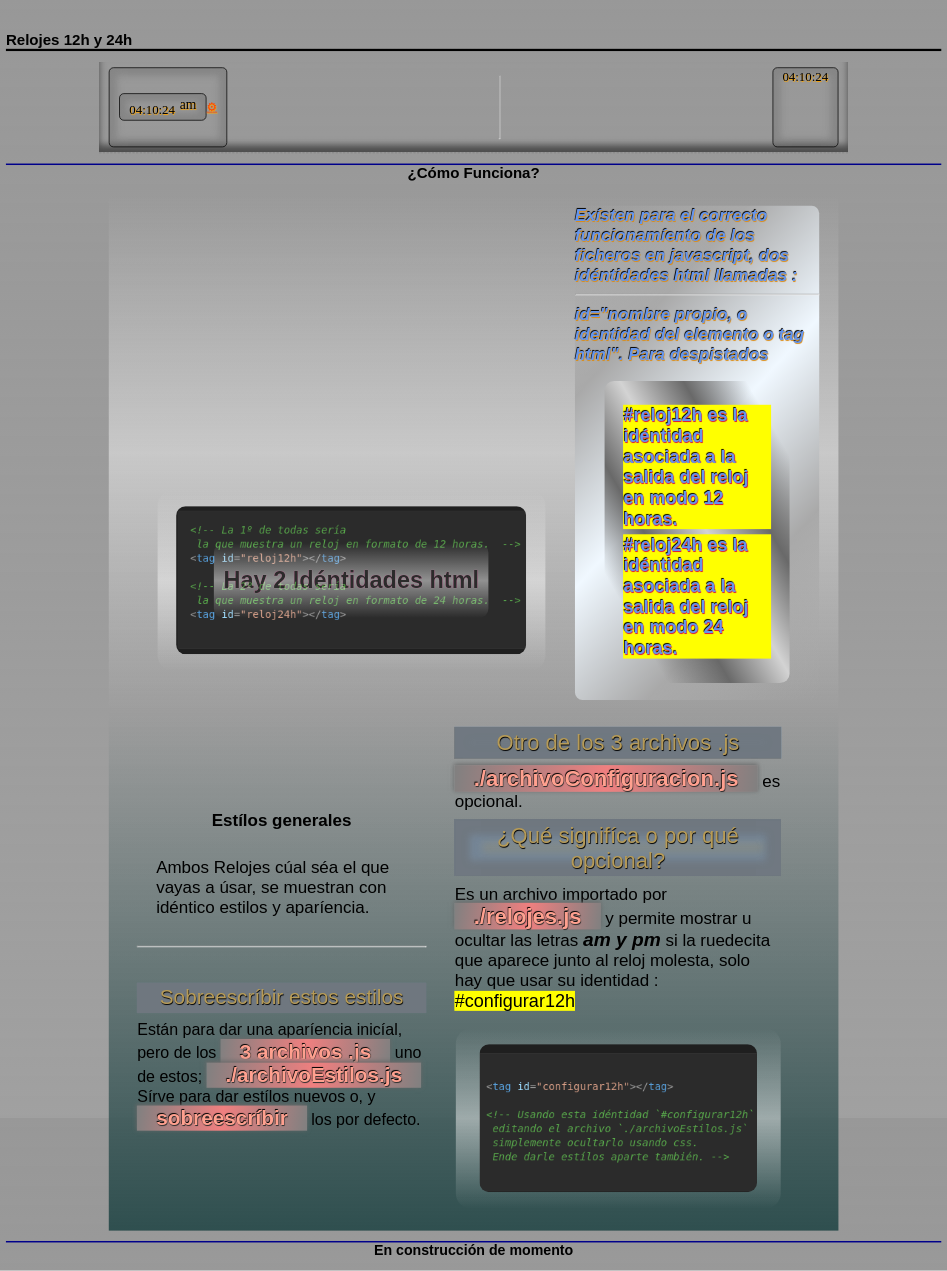
Repository: marcostonfor/clocks
Page: index.html
These files come from the project's save history. The page is drawn as it stood at one moment and after a run of saves; the edit follows.
The browser window is 1280 px wide. The pictures show the whole page, at 74% of full size.
Some web fonts or font styles are not loaded; a fallback is used.

Above is the page before, as saved 2024-09-19 04:29:33.

### index.html
<!DOCTYPE html>
<html lang="ca-ES, en-US">

<head>
    <meta charset="utf-8">
    <meta name="viewport" content="width=device-width, initial-scale=1">
    <title>relojes</title>
    <style>
        @import url('https://fonts.cdnfonts.com/css/nahista');
        @import url('https://fonts.cdnfonts.com/css/i-ichimaru');
        * {
            box-sizing: border-box;
            font-size: calc(1em * 1.062);
        }

        :root {
           --font-size-standard: calc(1em * 1.30);
        }

        body {
            background-image: repeating-linear-gradient(0deg, hsla(0, 0%, 41%, 0.63) 12%, hsla(0, 0%, 0%, 0.404));
            /* font-family: 'i Ichimaru', sans-serif; */
            font-family: 'Nahista', sans-serif;
        }

        h1 {
            margin-top: 6vh;
            border-bottom: 0.3vw solid black;
        }

        #dosRelojes {
            width: 80%;
            height: auto;
            margin: 2vh auto;
            padding: 1vh 1vw;
            display: flex;
            border-bottom: 0.1vw dashed gray;
            /* box-shadow: inset -0.2vh 0 06px hsl(41, 100%, 50%); */
            box-shadow: inset 0 -10px 10px rgba(0, 0, 0, 0.5);
        }

        summary::marker {
            content: none !important;
        }

        summary {
            cursor: pointer !important;
            color: orangered;
            text-decoration: underline;
            margin: 0.5vh auto;
            font-size: 12pt;
        }

        #caja12h {
            display: flex;
            align-items: center;
            justify-content: stretch;
        }

        .dividerY {
            height: 12vh !important;
        }

        #reloj24h {

        }

        h2 {
            text-align: center;
            margin-top: 2vh;
            border-top: 0.2vw solid darkblue;
        }

        #identidades_principales {
            display: flex;
            justify-content: space-around;
            align-items: last baseline;
            padding: 2vh 2vw;
            width: 78%;
            margin: auto auto;
            background-image: repeating-linear-gradient(0deg, transparent, hsla(0, 0%, 96%, 0.5), transparent);
            border-radius: 0.755vw;
        }

        .conFoto figure {
            position: relative;
            display: flex;
            align-items: center;
            justify-content: center;
            background-image: repeating-linear-gradient(0deg, transparent, hsla(0, 0%, 96%, 0.5), transparent);
            padding: 3vh 2vw;
            border-radius: 1.6vw;
        }

        .conFoto figure img {
            border-radius: 1vw;
        }

        .conFoto figure figcaption {
            padding: 0vh 1vw;
            position: absolute;
            border-radius: 1vw;
            text-shadow: 0 0 1px hotpink;
            font-size: var(--font-size-standard);
            background-image: repeating-linear-gradient(0deg, transparent, hsla(0, 0%, 96%, 0.5), transparent);
            mix-blend-mode: screen;
        }

        .conFoto p {
            width: 85%;
            margin: 2vh auto;
        }

        .conTexto {
            width: fit-content;
            height: auto;
            color: cornflowerblue;
            font-weight: bold;
            text-shadow: 0.1vh 0.1vw 1px rgb(220, 140, 20), -0.1vh -0.1vw 1px hsl(0, 0%, 0%);
            background-image: repeating-linear-gradient(132deg, transparent, darkgray, aliceblue, darkgray, transparent);
            border-radius: 0.8vw;
        }

        .conTexto blockquote {
            padding: 2vw;
            border-radius: 1vw;
            background-image: linear-gradient(-120deg, transparent 12%, dimgray, lightgray, dimgray, transparent, transparent);
        }

        .conTexto blockquote mark {
            text-shadow: 0.1vh 0.1vw 1px rgb(220, 20, 60), -0.1vh -0.1vw 1px black;
            color: cornflowerblue !important;
            display: block;
            margin: 1vh auto;
        }

        #estilos_generales {
            width: 78%;
            margin: auto auto;
            padding: 1vh 3vw;
            display: flex;
            justify-content: space-around;
            align-items: center;
            background-image: repeating-linear-gradient(0deg, darkslategray, transparent);

        }

        #estilos_generales article h3 {
            text-align: center;
            width: fit-content;
            margin: 3vh auto;
        }

        #textoGeneral {
            padding: 2vh 2vw;
            width: fit-content;
            /* border: 0.2vw solid black; */
            overflow: hidden;
        }

        .hache3 {
            display: block !important;
            text-align: center;
            margin: 1.5vh auto;
            padding: 0.6vh 0vw;
            font-family: 'Nahista', sans-serif;
            font-weight: lighter;
            font-size: var(--font-size-standard);
            color: hsl(43, 39%, 53%);
            text-shadow: 0.1vh 0.1vw 1px black;
            box-shadow: inset 0 0 10px 21px hsla(0, 0%, 41%, 0.5), inset 1vh 0vw 10px 31px hsl(210, 14%, 53%);
        }

        .code_md {
            font-weight: bolder;
            font-size: var(--font-size-standard);
            background-image: repeating-linear-gradient(98deg, gray, hsl(0, 79%, 72%), gray);
            padding: 0.2vh 2vw;
            color: hsl(9, 100%, 78%);
            text-shadow: 0.1vh 0.1vw 1px hsl(0, 0%, 18%), -0.1vh -0.1vw 1px hsl(0, 0%, 0%);
            box-shadow: 0 -1.6px 6px dimgray;
            margin: 1vh auto !important;
        }
    </style>
</head>

<body>
    <header>
        <h1>Relojes 12h y 24h</h1>
        <aside id="dosRelojes">
            <div id="caja12h">
                <div id="reloj12h"></div>
            </div>
            <hr class="dividerY">
            <div id="reloj24h"></div>
        </aside>
        <nav></nav>
    </header>
    <main>
        <h2>¿Cómo Funciona?</h2>
        <section id="identidades_principales">
            <article class="conFoto">
                <figure>
                    <img src="./img/identidadesPrincipales.png" alt="foto de las id principales">
                    <figcaption>
                        <h3>Hay 2 Idéntidades html</h3>
                    </figcaption>
                </figure>
            </article>
            <article class="conTexto">
                <cite>Exísten para el correcto funcionamíento de los ficheros en javascript, dos idéntidades html
                    llamadas :</cite>
                <hr /><cite>id="nombre propio, o identidad del elemento o tag html". Para despistados</cite>
                <blockquote>
                    <mark>#reloj12h es la idéntidad asociada a la salida del reloj en modo 12 horas.</mark>

                    <mark>#reloj24h es la idéntidad asociada a la salida del reloj en modo 24 horas.</mark>
                </blockquote>
            </article>
        </section>
        <section id="estilos_generales">
            <article>
                <h3>Estílos generales</h3>
                <p id="textoGeneral">
                    Ambos Relojes cúal séa el que vayas a úsar, se muestran con idéntico estilos y aparíencia. <br>
                    <hr><br><strong class="hache3">Sobreescríbir estos estilos</strong>
                    Están para dar una aparíencia inicíal, <br> pero de los <span class="code_md">3 archivos .js</span>
                    uno de estos;

                    <span class="code_md">./archivoEstilos.js</span> Sírve para dar estílos nuevos o, y <span
                        class="code_md">sobreescríbir</span> los por defecto.
                </p>
            </article>
            <article class="conFoto">
                <p><strong class="hache3">Otro de los 3 archivos .js</strong>

                    <span class="code_md">./archivoConfiguracion.js</span> es opcional.

                    <strong class="hache3">¿Qué signifíca o por qué opcional?</strong>
                    Es un archivo importado por <span class="code_md">./relojes.js</span> y permite mostrar u ocultar las letras <em><strong>am y pm</strong></em>
                    si la ruedecita que aparece junto al reloj molesta, solo hay que usar su identidad : <mark>#configurar12h</mark>
                </p>
                <figure>
                    <img src="./img/fotoDetails12h.png" alt="foto de las id principales">
                    <figcaption>
                        <!-- <h3>Hay 2 Idéntidades html</h3> -->
                    </figcaption>
                </figure>

            </article>
        </section>
    </main>
    <h2>En construcción de momento</h2>
    <script type="module" src="./relojes.js"></script>
</body>

</html>

<!--<p>Este es un texto con un <span style="font-size: 125%;">texto 25% más grande</span> que el resto.</p>
-->

### relojes.js

import { estilosPersonales } from './archivoEstilos.js';
import { conf12h } from './archivoConfiguracion.js';
function laHora() {
	const Reloj = class {
		constructor(formato, salida) {
			this.ahora = new Date();
			this.reloj = {
				hora: this.ahora.getHours(),
				minuto: this.ahora.getMinutes(),
				segundo: this.ahora.getSeconds()
			};
			this._formato = formato;
			this._salida = salida;
		}

		get formato() {
			return this._formato;
		}

		get salida() {
			return this._salida;
		}

		set formato(horaActual) {
			this._formato = horaActual;
		}

		set salida(output) {
			this._salida = output;
		}

		anyadirCero(formatear) {
			return formatear <= 9 ? "0" + formatear : formatear;
		}

		_12h() {
			let horas = this.reloj.hora % 12;
			if (horas === 0) horas = 12;
			const amOpm = this.reloj.hora >= 12 ? "pm" : "am";
			this._formato = `${this.anyadirCero(horas)}:${this.anyadirCero(this.reloj.minuto)}:${this.anyadirCero(this.reloj.segundo)}<sup>${amOpm}</sup>`;
			return this._formato;
		}

		_24h() {
			this._formato = `${this.anyadirCero(this.reloj.hora)}:${this.anyadirCero(this.reloj.minuto)}:${this.anyadirCero(this.reloj.segundo)}`;
			return this._formato;
		}
	};

	const laSalida = () => {
		const salida = document.getElementById("reloj12h");
		const salida24h = document.getElementById("reloj24h");
		const doceHoras = new Reloj();
	//	salida.innerHTML = doceHoras._12h();
	//	salida24h.innerHTML = doceHoras._24h();

 // Verifica si existe el elemento #reloj12h
 if (salida) {
	salida.innerHTML = doceHoras._12h();
	conf12h(); // Llamada a la función conf12h() si el elemento existe
}

// Verifica si existe el elemento #reloj24h
if (salida24h) {
	salida24h.innerHTML = doceHoras._24h();
}


	function estiloscss(estilosPersonales) {

		const estils = document.createElement('STYLE');
		estils.textContent = `
* {
    box-sizing: border-box;
}

div {
    text-align: center;
    width: fit-content;
    border: 0.1vw solid black;
    font-size: 13pt;
    padding: 0.5vh 1vw;
    box-shadow: inset 0 0 10px 10px hsla(0, 0%, 41%, 0.397);
    font-family: 'Comic Sans MS';
    color: black;
    text-shadow: 0.1vh 0.1vw 1px orange;
    border-radius: 0.5vw;
}


sup {
    margin-left: 0.5vw !important;
}
	`;
		if (estilosPersonales) {
			estils.textContent += estilosPersonales;
		}


		document.head.appendChild(estils);
}

	// Llamada a la función con estilos adicionales
	estiloscss(estilosPersonales);


	};

// estiloscss();
return setInterval(laSalida, 1000);
}
laHora();

### archivoEstilos.js
export const estilosPersonales = `

    `;

### archivoConfiguracion.js
export function conf12h() {
    const config = document.createElement('DETAILS');
    const summary = document.createElement('SUMMARY');
    summary.innerHTML = `&#9881;`;
    config.appendChild(summary);

    // Verificar si el checkbox ya existe
    if (!document.getElementById('miCheckbox')) {
        const checkbox = document.createElement('input');
        checkbox.type = 'checkbox';
        checkbox.id = 'miCheckbox';
        checkbox.checked = true; // Mostrar <sup> por defecto

        const label = document.createElement('label');
        label.htmlFor = 'miCheckbox'; // Asegúrate de que coincida con el id del checkbox
        label.textContent = 'Ver "am" "pm"';

        // Crear un elemento <style> para manejar la visibilidad de <sup>
        let estils = document.getElementById('dynamicStyles');
        if (!estils) {
            estils = document.createElement('style');
            estils.id = 'dynamicStyles';
            document.head.appendChild(estils);
        }

        // Función para actualizar el estilo de <sup>
        const updateSupVisibility = () => {
            if (checkbox.checked) {
                estils.textContent = `
                    sup {
                        display: inline !important;
                    }
                `;
            } else {
                estils.textContent = `
                    sup {
                        display: none !important;
                    }
                `;
            }
        };

        // Inicializar el estilo de <sup>
        updateSupVisibility();

        // Agregar un evento al checkbox para alternar la visibilidad de <sup>
        checkbox.addEventListener('change', updateSupVisibility);

        const mostrarConfiguracion = document.getElementById('caja12h');
        // Agregar el checkbox y el label al cuerpo del documento
        label.appendChild(checkbox);
        config.appendChild(label);
        mostrarConfiguracion.appendChild(config);
    }
}

After the next 3 saves:
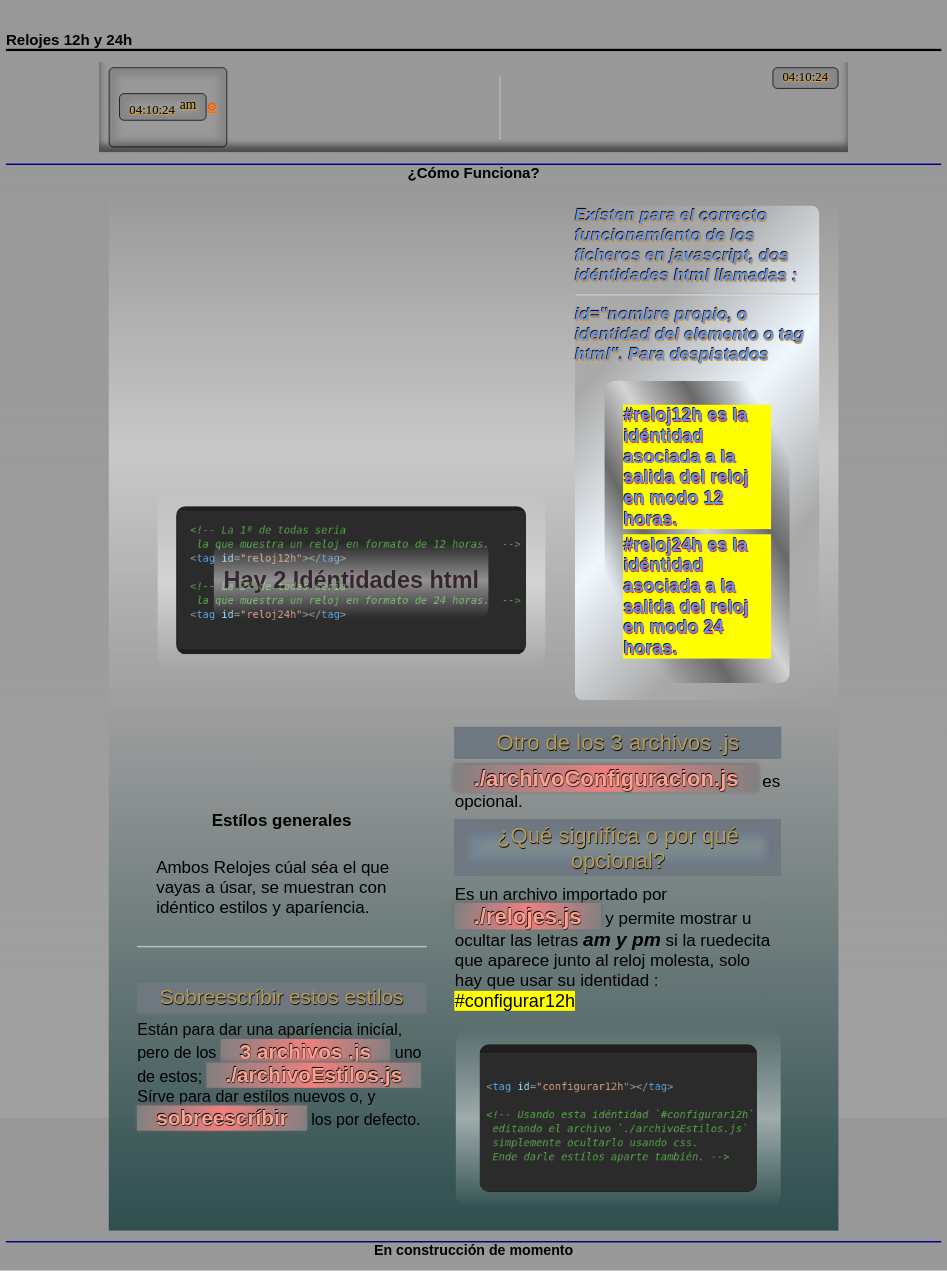
The 3 saves are shown as one change because they came seconds apart.
The last was saved 9 s later.
--- a/index.html
+++ b/index.html
@@ -62,7 +62,7 @@
         }
 
         #reloj24h {
-
+            height: fit-content;
         }
 
         h2 {

After the save that followed:
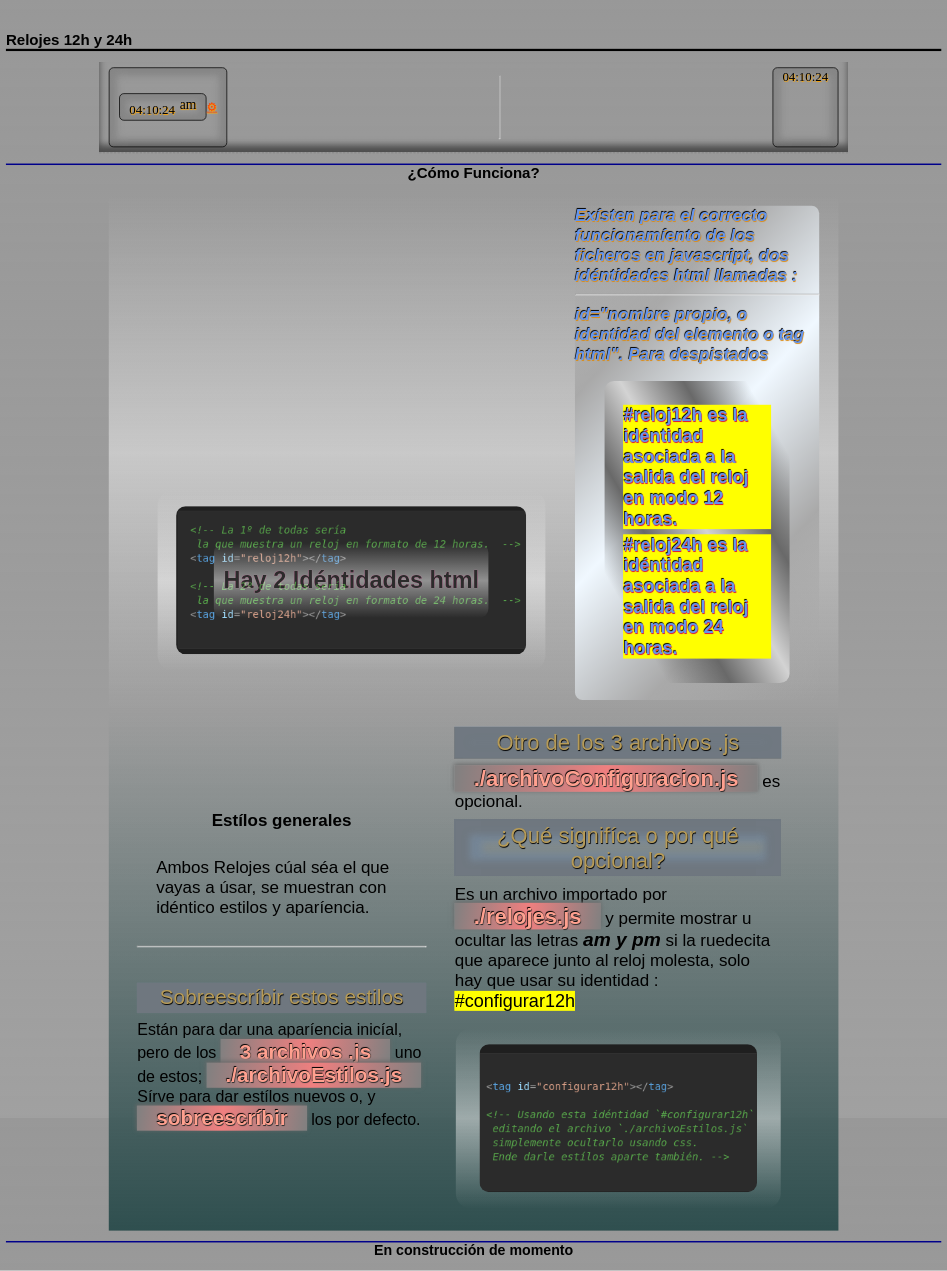
Saved 13 s later.
--- a/index.html
+++ b/index.html
@@ -61,7 +61,7 @@
             height: 12vh !important;
         }
 
-        #reloj24h {
+        #reloj24h,  {
             height: fit-content;
         }
 
